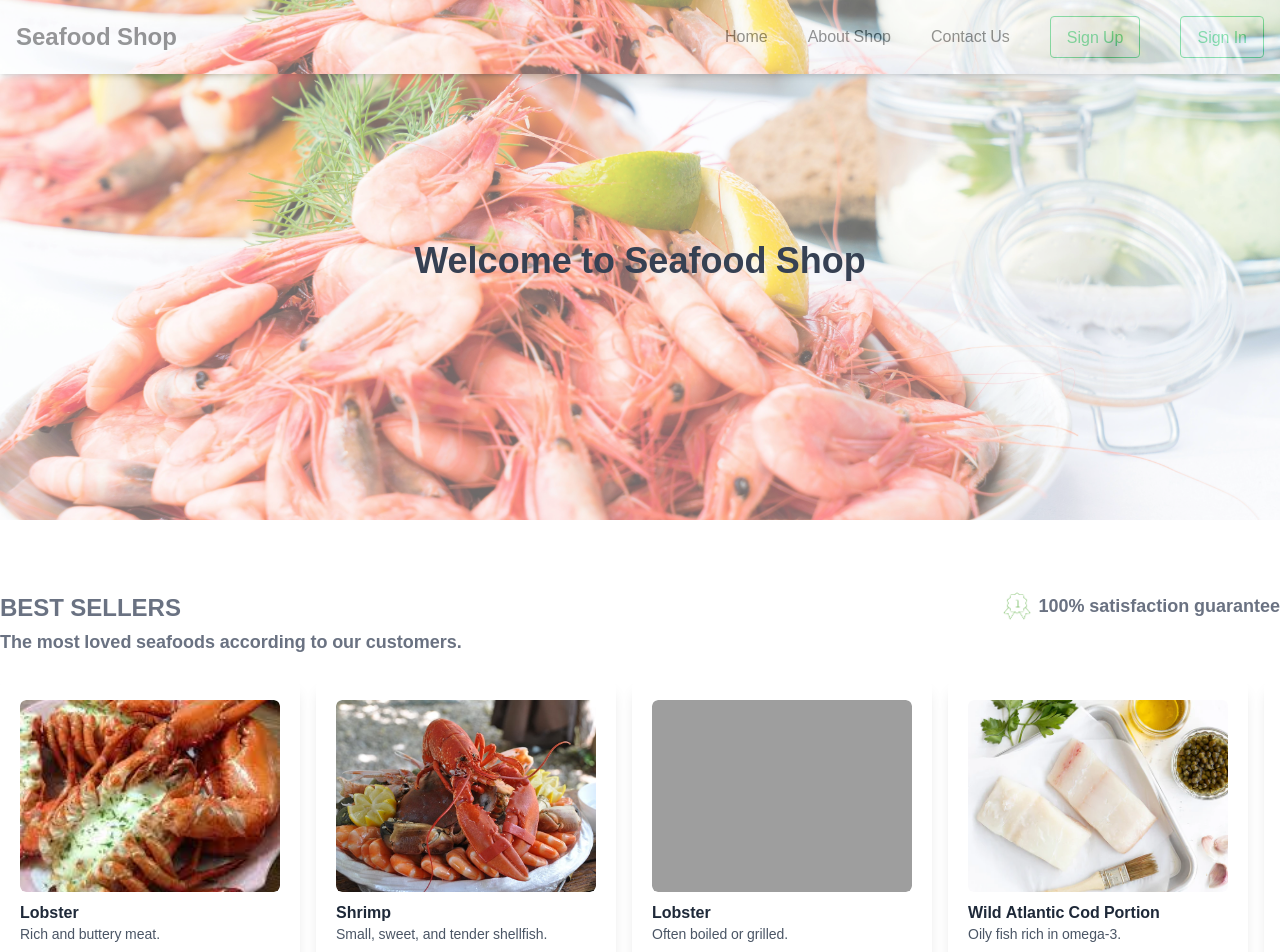
Repository: KongRucifer/SeaFood-Shop
Page: /modules/home/views
An editor plug-in stored every save of this project. The page is shown before and after the next save, followed by the edit.
The browser window is 1280 px wide. The pictures show the part of the page from y = 0 to 952 px (the page is 3324 px tall).
Pictures or frames that could not be fetched are drawn as grey boxes. The project was rebuilt for these pictures with package versions that can differ from the ones it lists, and the page was loaded fresh each time. The framework's server and built-in components were replaced by stand-ins that run in the browser. Also part of the build but not shown: next.config.ts.

Above is the page before, as saved 2025-06-25 22:09:46.

After the next save:
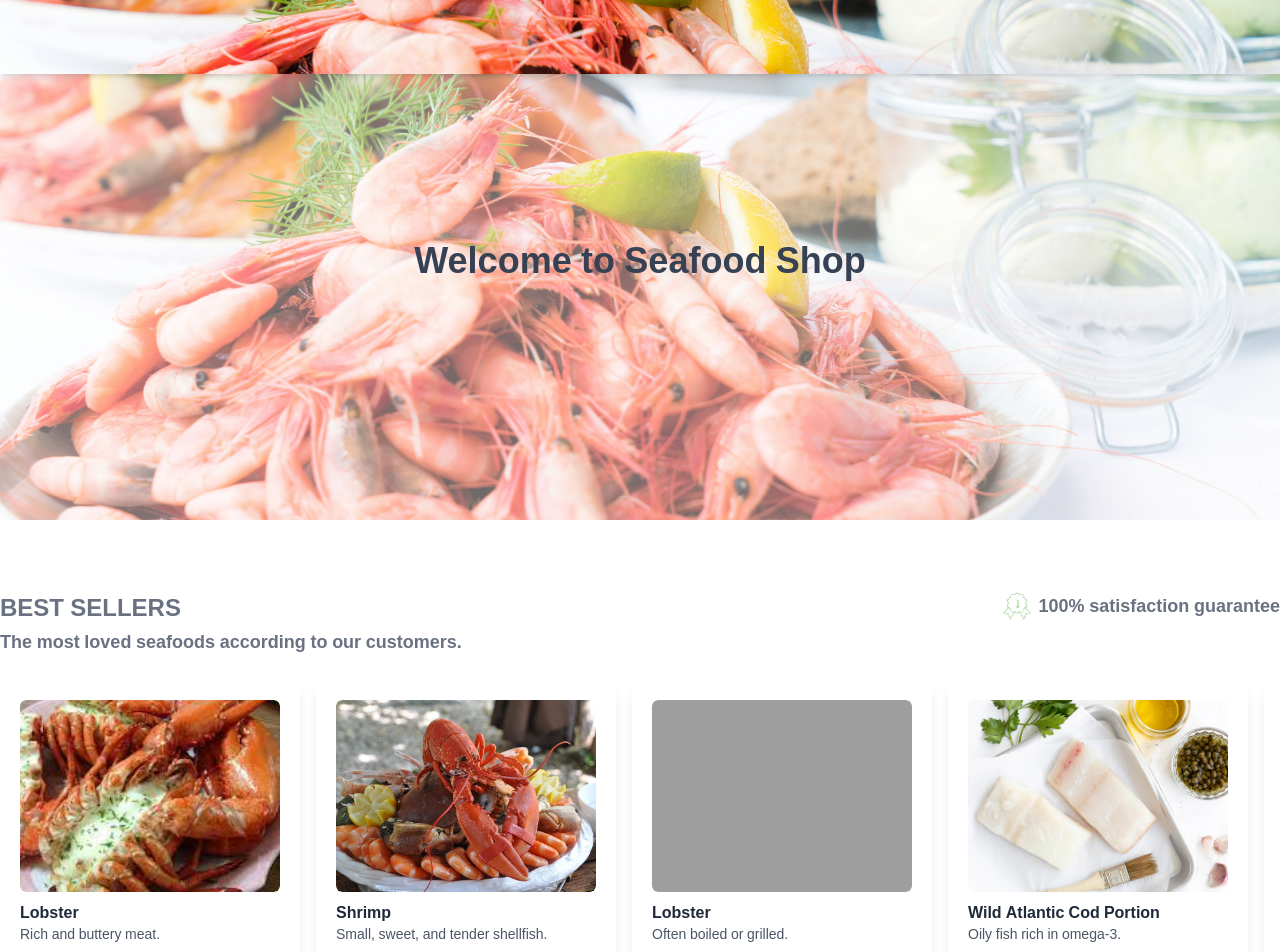
Saved 49 s later.
--- a/src/app/components/Navbar.tsx
+++ b/src/app/components/Navbar.tsx
@@ -11,7 +11,7 @@ export default async function Navbar() {
               alt="Seafood Banner"
               layout="fill"
               objectFit="cover"
-              className="opacity-60"
+
               priority // Ensures it loads quickly
             />
             <span className="self-center text-2xl font-semibold whitespace-nowrap dark:text-white">
